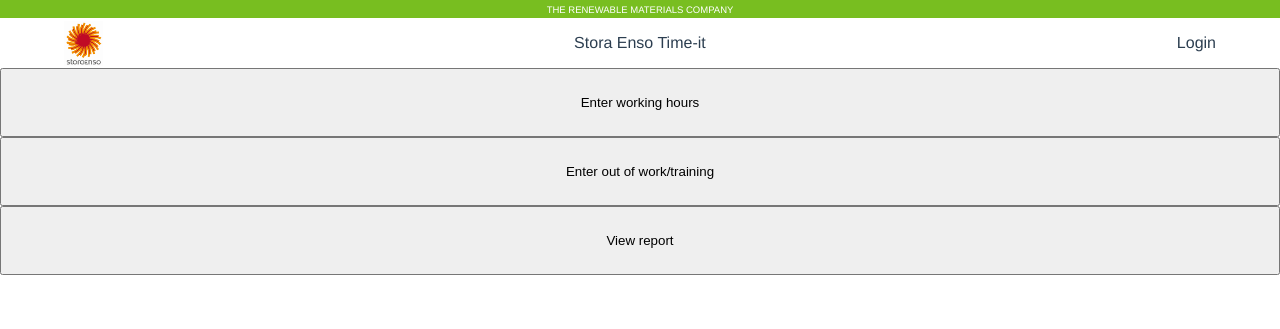
Repository: marianreha/vue-timeit
Page: /
These files come from the project's save history. The page is drawn as it stood at one moment and after the next save; the edit follows.
The browser window is 1280 px wide. The pictures show the whole page.
Some web fonts or font styles are not loaded; a fallback is used. The project was rebuilt for these pictures with package versions that can differ from the ones it lists, and the page was loaded fresh each time. Also part of the build but not shown: vue.config.js.

Above is the page before, as saved 2020-03-29 19:28:37.

After the next save:
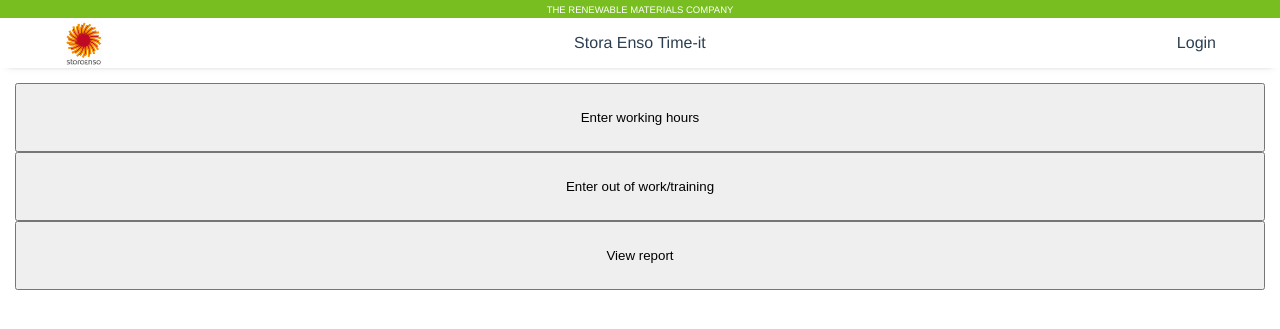
Saved 14 s later.
--- a/src/components/Home.vue
+++ b/src/components/Home.vue
@@ -19,7 +19,7 @@
     display: flex;
     flex-direction: column;
     justify-content: center;
-    margin-top: 15px;
+    padding: 15px;
 }
 
 .btn-group button {
